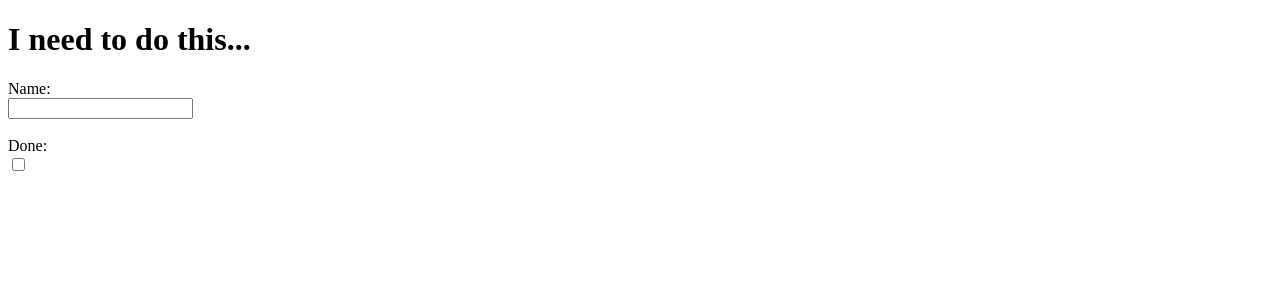
Repository: stiofanEimeid/ci-solutions
Page: http://localhost/add
The author's editor kept a record of every edit. The page is drawn from the files as they stood at one moment, then again after the next edit.
The browser window is 1280 px wide. The pictures show the whole page.
The page is served by the project's application, run on Django 2.2 (manage.py). Other server files are loaded and not shown.

Above is the page before.

### todo/views.py
from django.shortcuts import render, HttpResponse, redirect, get_object_or_404
from .models import Item
from .forms import ItemForm

# Create your views here.
def get_todo_list(request):
    results = Item.objects.all()
    return render(request, "todo_list.html", {'items': results})

def create_an_item(request):
    if request.method=="POST":
        form = ItemForm(request.POST, request.FILES)
        if form.is_valid():
            form.save()
            return redirect(get_todo_list)
    else:
        form = ItemForm()

    return render(request, 'item_form.html', {'form': form})

def edit_an_item(request, id):
    item = get_object_or_404(Item, pk=id)

    if request.method=="POST":
        form = ItemForm(request.POST, instance=item)
        if form.is_valid():
            form.save()
            return redirect(get_todo_list)
    else:
        form = ItemForm(instance=item)

    return render(request, 'item_form.html', {'form': form})

def toggle_status(request, id):
    item = get_object_or_404(Item, pk=id)
    item.done = not item.done
    item.save()
    return redirect(get_todo_list)

### todo/templates/item_form.html
<!DOCTYPE html>
<html lang="en">
<head>
    <meta charset="UTF-8">
    <meta name="viewport" content="width=device-width, initial-scale=1.0">
    <meta http-equiv="X-UA-Compatible" content="ie=edge">
    <title>Document</title>
</head>
<body>
    <h1>I need to do this...</h1>

    <form method="POST">
        <label for id="id_name">Name: </label><br>
        <input type="text" id="id_name" name="name"/><br>
        <br>
        <label for id="id_done">Done: </label><br>
        <input type="checkbox" id="id_done" name="done"/>
    </form>

</body>
</html>

### todo/forms.py
from django import forms
from .models import Item

class ItemForm(forms.ModelForm):
    class Meta:
        model = Item
        fields = ('name', 'done')

### todo/models.py
from django.db import models

# Create your models here.
class Item(models.Model):
    name = models.CharField(max_length=30, blank=False)
    done = models.BooleanField(blank=False, default=False)

    def __str__(self):
        return self.name

### django_todo/urls.py
"""django_todo URL Configuration

The `urlpatterns` list routes URLs to views. For more information please see:
    https://docs.djangoproject.com/en/1.11/topics/http/urls/
Examples:
Function views
    1. Add an import:  from my_app import views
    2. Add a URL to urlpatterns:  url(r'^$', views.home, name='home')
Class-based views
    1. Add an import:  from other_app.views import Home
    2. Add a URL to urlpatterns:  url(r'^$', Home.as_view(), name='home')
Including another URLconf
    1. Import the include() function: from django.conf.urls import url, include
    2. Add a URL to urlpatterns:  url(r'^blog/', include('blog.urls'))
"""
from django.conf.urls import url
from django.contrib import admin
from todo.views import get_todo_list, create_an_item, edit_an_item, toggle_status

urlpatterns = [
    url(r'^admin/', admin.site.urls),
    url(r'^$', get_todo_list),
    url(r'^add$', create_an_item),
    url(r'^edit/(?P<id>\d+)$', edit_an_item),
    url(r'^toggle/(?P<id>\d+)$', toggle_status)
]

After the next edit:
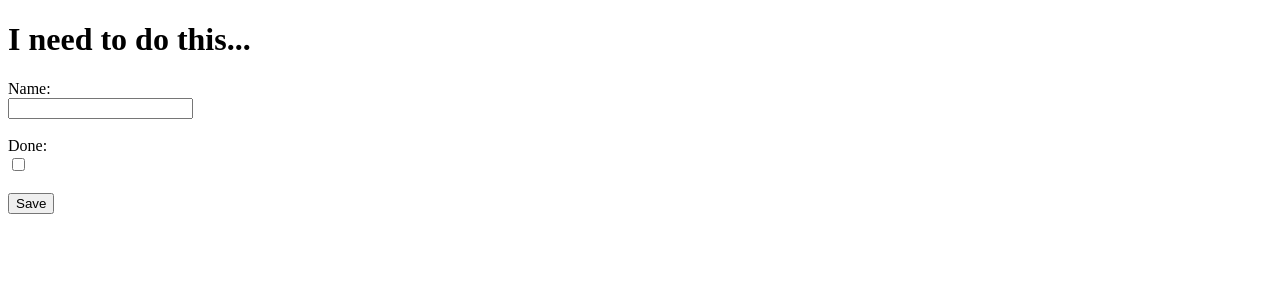
The edit:
--- a/todo/templates/item_form.html
+++ b/todo/templates/item_form.html
@@ -14,7 +14,9 @@
         <input type="text" id="id_name" name="name"/><br>
         <br>
         <label for id="id_done">Done: </label><br>
-        <input type="checkbox" id="id_done" name="done"/>
+        <input type="checkbox" id="id_done" name="done"/><br>
+        <br>
+        <button type="submit">Save</button>
     </form>
 
 </body>
